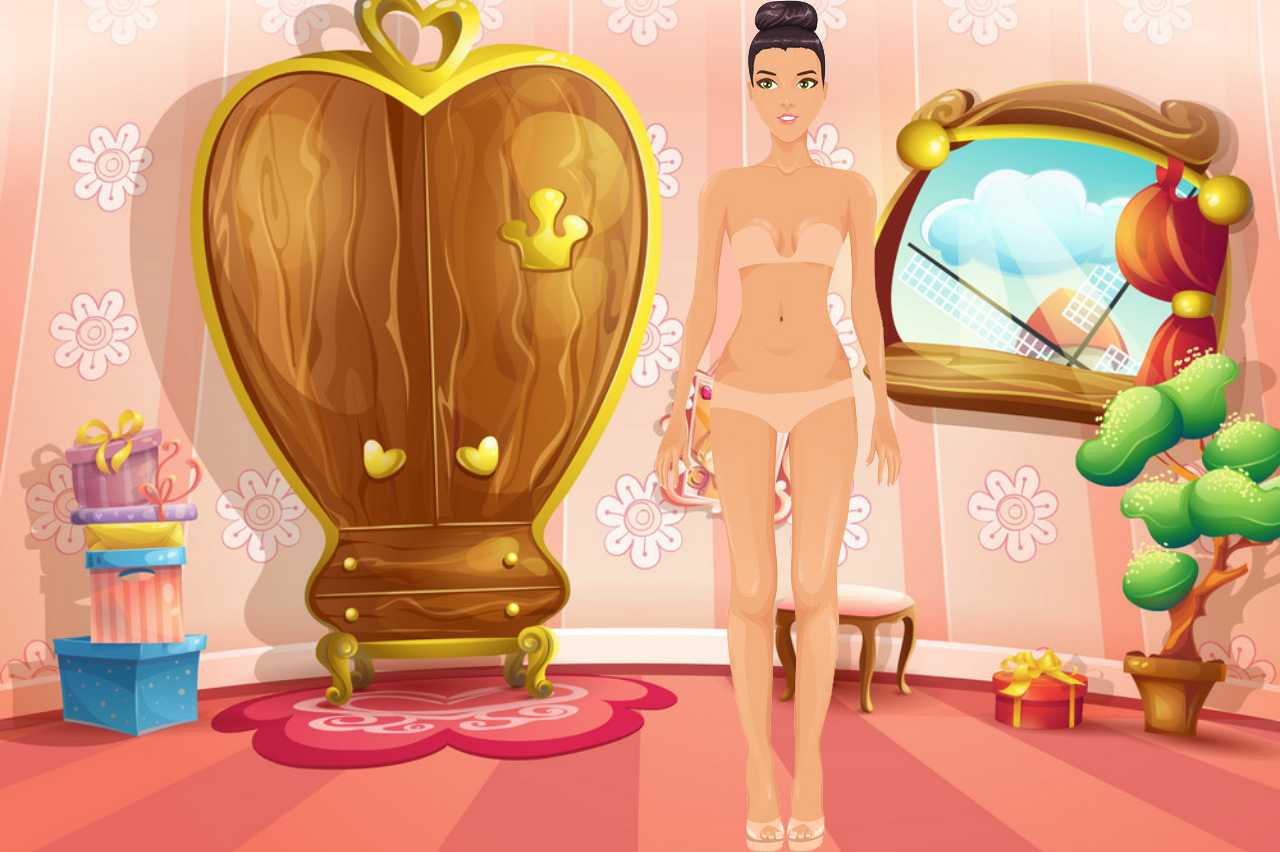
Repository: bunbubam/GameThayDoReactjs_NguyenKhacNghia
Page: /
The author's editor kept a copy of each file at every save. The page is drawn from the files as they stood at one save, then again after the next save.
The browser window is 1280 px wide. The pictures show the whole page.
The project was rebuilt for these pictures with package versions that can differ from the ones it lists, and the page was loaded fresh each time.

Above is the page before, as saved 2022-03-30 14:45:04.

After the next save:
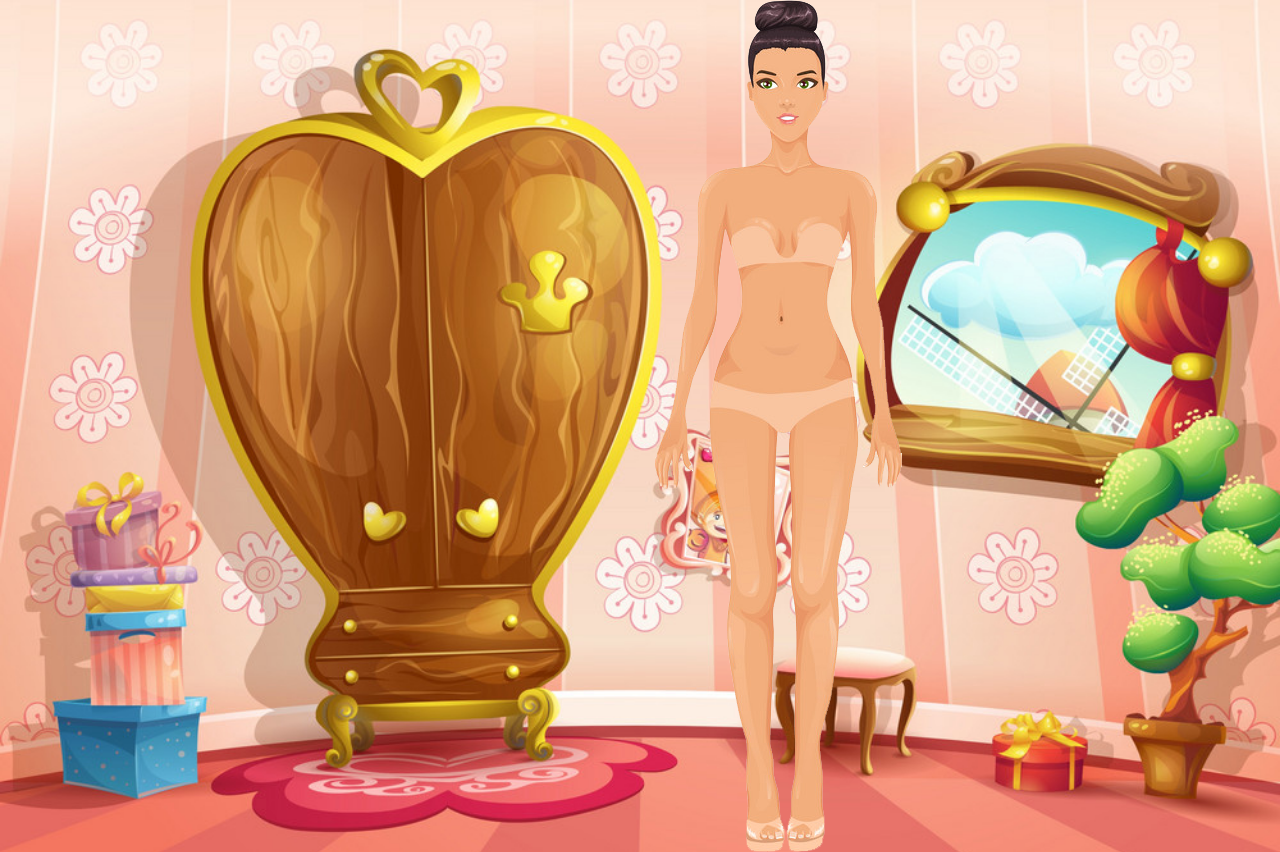
Saved 13 s later.
--- a/src/App.css
+++ b/src/App.css
@@ -1,5 +1,5 @@
 body {
     background: url(gamethaydo/images/dress-room.jpg) no-repeat;
-    background-position: 50% 50%;
+    background-position: left top;
     background-size: cover;
 }

After the 2 saves that followed:
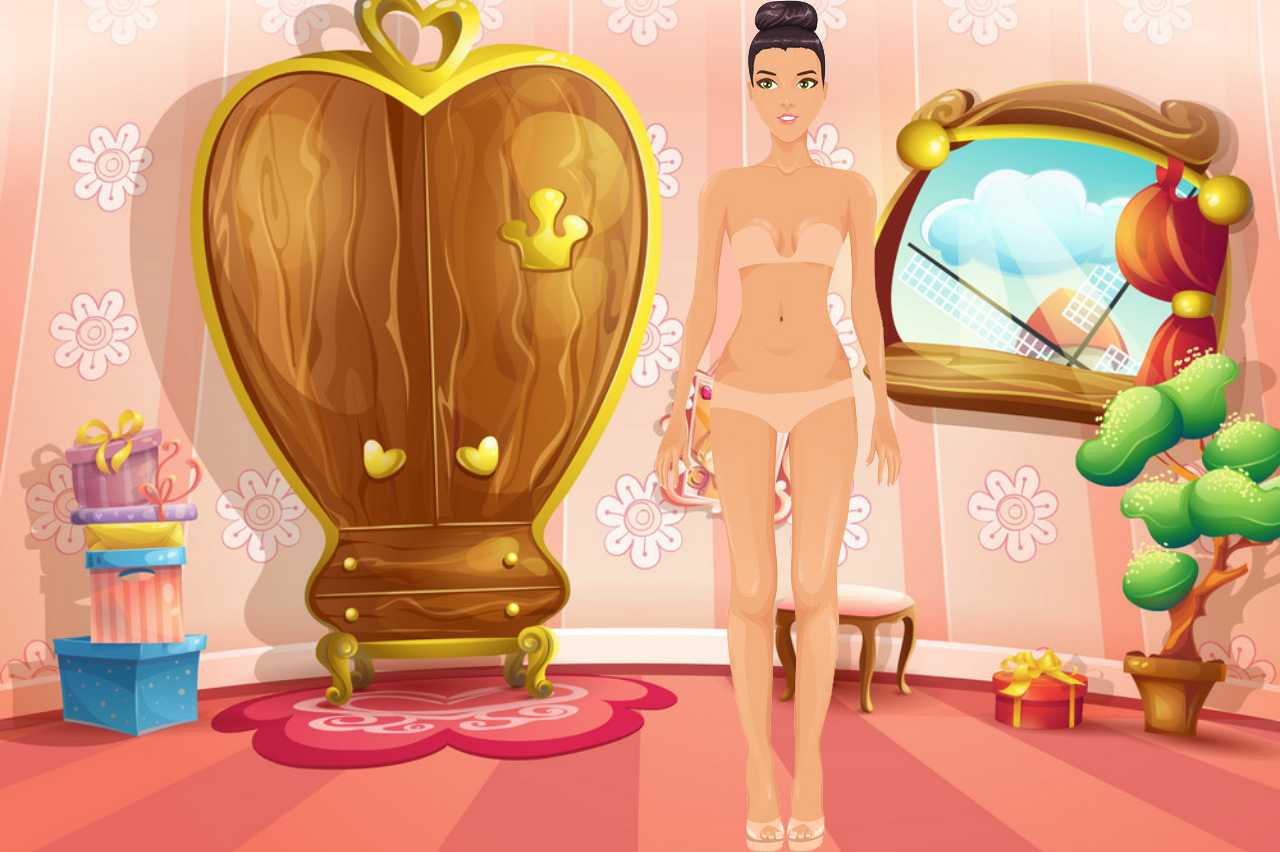
The 2 saves are shown as one change because 1 left the picture as it was.
The last was saved 17 s later.
--- a/src/App.css
+++ b/src/App.css
@@ -1,5 +1,5 @@
 body {
     background: url(gamethaydo/images/dress-room.jpg) no-repeat;
-    background-position: left top;
+    background-position: 50% 50%;
     background-size: cover;
 }
